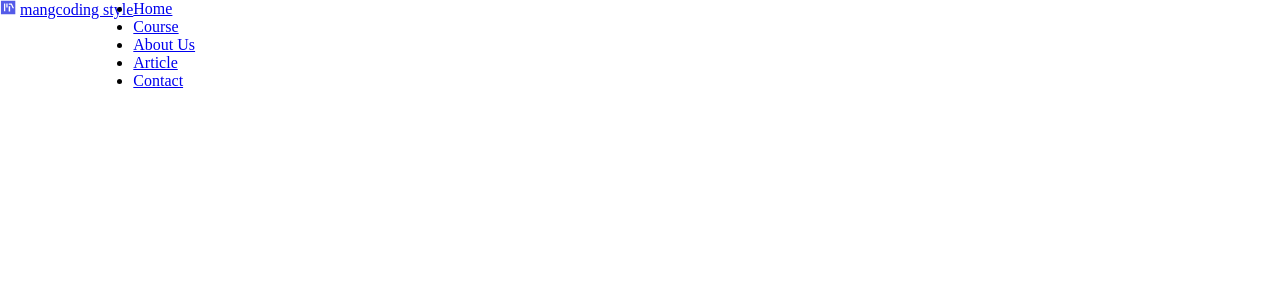
Repository: Dania-Alqam/landing-page
Page: index.html
The author's editor kept a copy of each file at every save. The page is drawn from the files as they stood at one save, then again after a run of saves.
The browser window is 1280 px wide. The pictures show the whole page.

Above is the page before, as saved 2024-06-21 19:04:26.

### index.html
<!DOCTYPE html>
<html lang="en">
<head>
    <meta charset="UTF-8">
    <meta name="viewport" content="width=device-width, initial-scale=1.0">
    <title>Document</title>
    <link rel="stylesheet" href="./assests/css/main.css"/>
    <link/>
</head>
<body>

    <header>
        <div class="logo">
            <img src="./assests/images/Logo.svg" alt="logo"/>
            <a href="#">mangcoding style</a>
        </div>
        <nav class="nav">
            <ul>
                <li>
                    <a href="#">Home</a>
                </li>
                <li>
                    <a href="#">Course</a>
                </li>
                <li>
                    <a href="#">About Us</a>
                </li>
                <li>
                    <a href="#">Article</a>
                </li>
                <li>
                    <a href="#">Contact</a>
                </li>
            </ul>
        </nav>
        <div class="auth">

        </div>
    </header>

</body>
</html>

### assests/css/main.css
*{
    margin: 0;
    padding: 0;
    box-sizing: border-box;
}

header{
    display: flex;
}

After the next 6 saves:
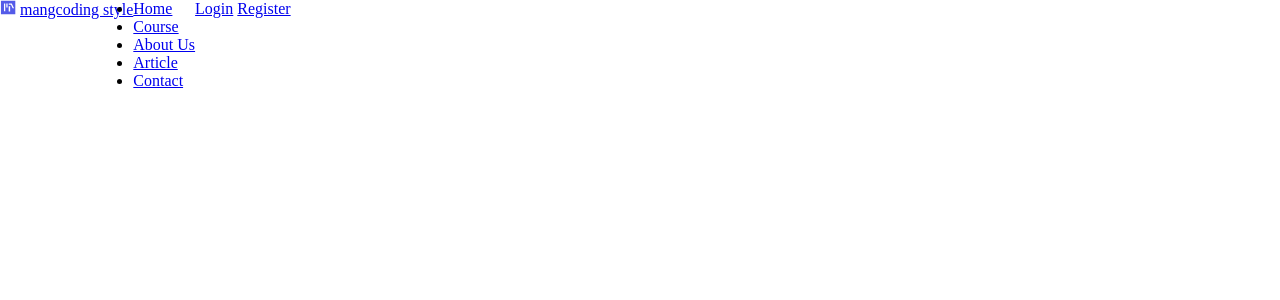
The 6 saves are shown as one change because they came seconds apart.
The last was saved 72 s later.
--- a/index.html
+++ b/index.html
@@ -34,7 +34,8 @@
             </ul>
         </nav>
         <div class="auth">
-
+            <a href="#">Login</a>
+            <a href="#">Register</a>
         </div>
     </header>
 
